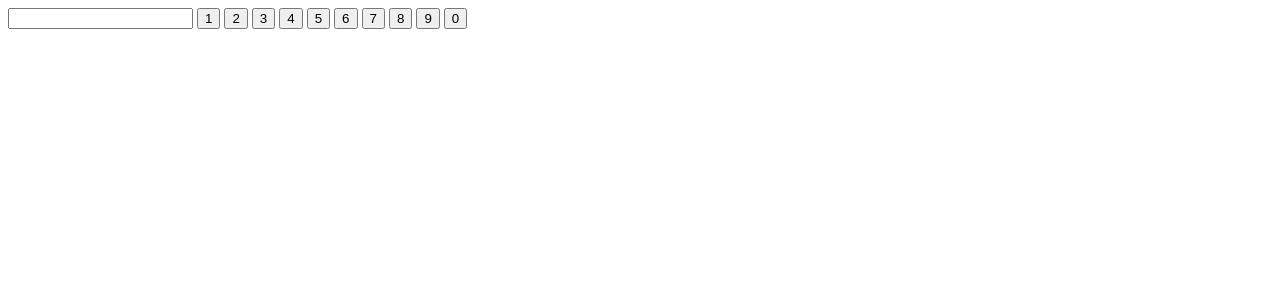
Repository: Jooheehan-kopo/web-workspace
Page: Lecture-web/WebContent/javascript/homework/calculator.html
These files come from the project's save history. The page is drawn as it stood at one moment and after the next save; the edit follows.
The browser window is 1280 px wide. The pictures show the whole page.

Above is the page before, as saved 2021-06-16 05:04:58.

### Lecture-web/WebContent/javascript/homework/calculator.html
<!DOCTYPE html>
<html>
<head>
<meta charset="UTF-8">
<title>Insert title here</title>
</head>
<body>
	<input type="text" id="monitor">
	<button>1</button>
	<button>2</button>
	<button>3</button>
	<button>4</button>
	<button>5</button>
	<button>6</button>
	<button>7</button>
	<button>8</button>
	<button>9</button>
	<button>0</button>
</body>
</html>

After the next save:
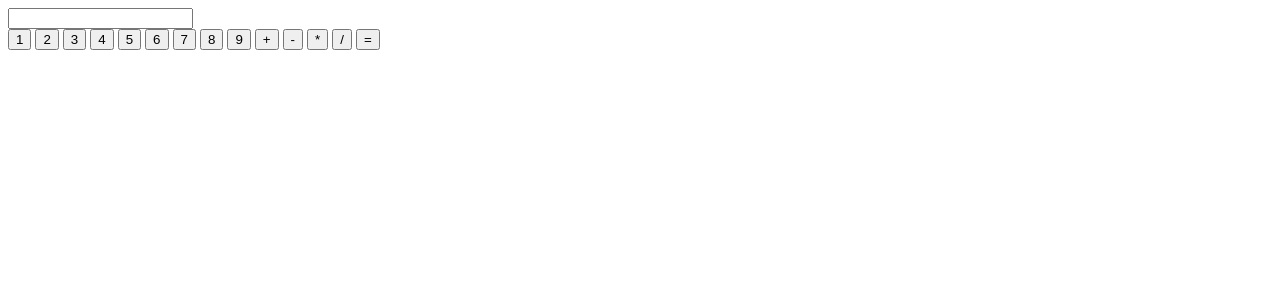
Saved 3 min 53 s later.
--- a/Lecture-web/WebContent/javascript/homework/calculator.html
+++ b/Lecture-web/WebContent/javascript/homework/calculator.html
@@ -5,16 +5,23 @@
 <title>Insert title here</title>
 </head>
 <body>
-	<input type="text" id="monitor">
-	<button>1</button>
-	<button>2</button>
-	<button>3</button>
-	<button>4</button>
-	<button>5</button>
-	<button>6</button>
-	<button>7</button>
-	<button>8</button>
-	<button>9</button>
-	<button>0</button>
+		<input type="text" id="monitor">
+	<div>
+	<button value="1" id="btn01">1</button>
+	<button value="2">2</button>
+	<button value="3">3</button>
+	<button value="4">4</button>
+	<button value="5">5</button>
+	<button value="6">6</button>
+	<button value="7">7</button>
+	<button value="8">8</button>
+	<button value="9">9</button>
+	<button value="+">+</button>
+	<button value="-">-</button>
+	<button value="*">*</button>
+	<button value="/">/</button>
+	<button value="=">=</button>
+	</div>
+
 </body>
 </html>
